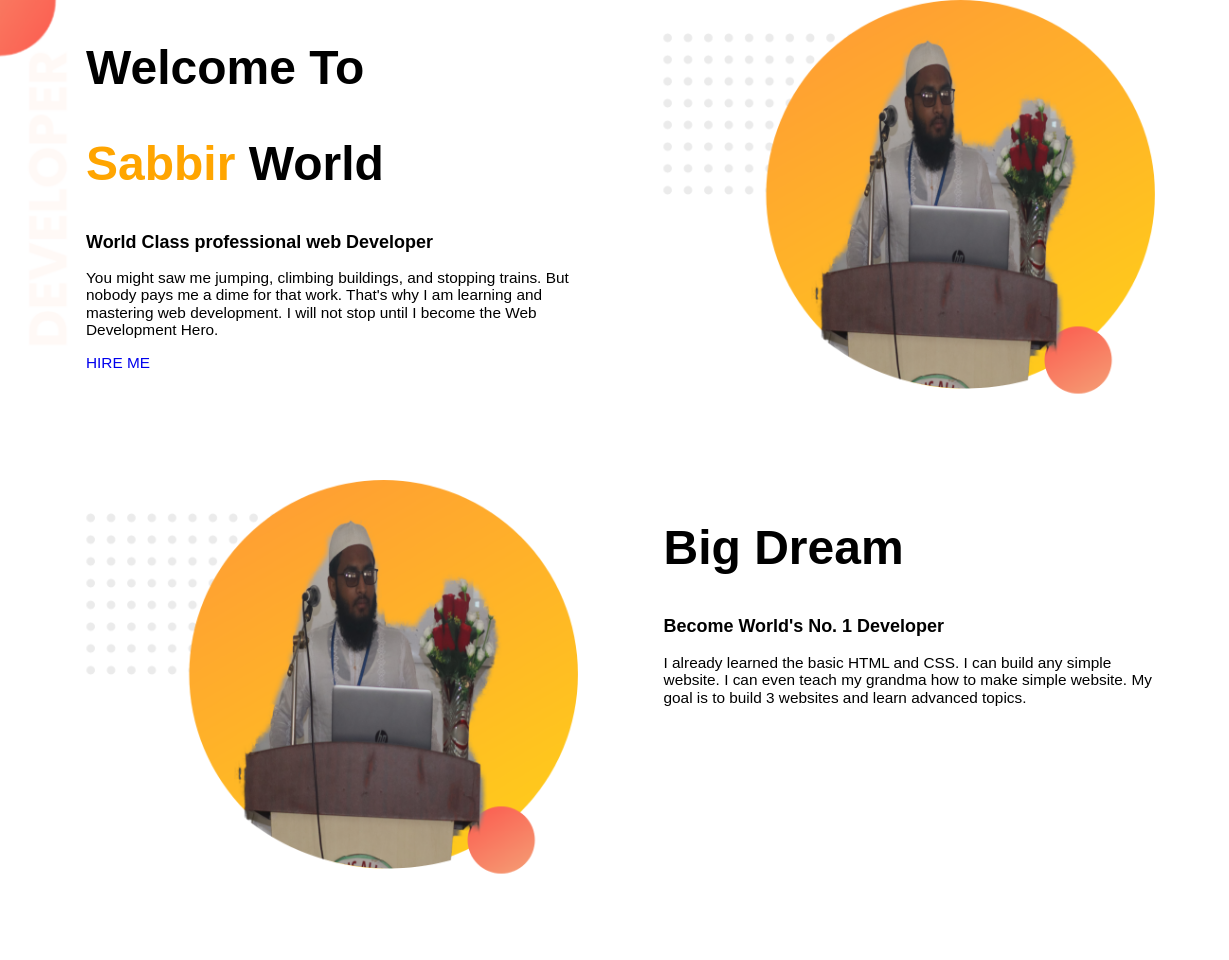
Repository: sabbircse3/web-protfolio
Page: index.html
The author's editor kept a copy of each file at every save. The page is drawn from the files as they stood at one save, then again after a run of saves.
The browser window is 1280 px wide. The pictures show the whole page, at 96% of full size.

Above is the page before, as saved 2021-01-04 10:06:18.

After the next 6 saves:
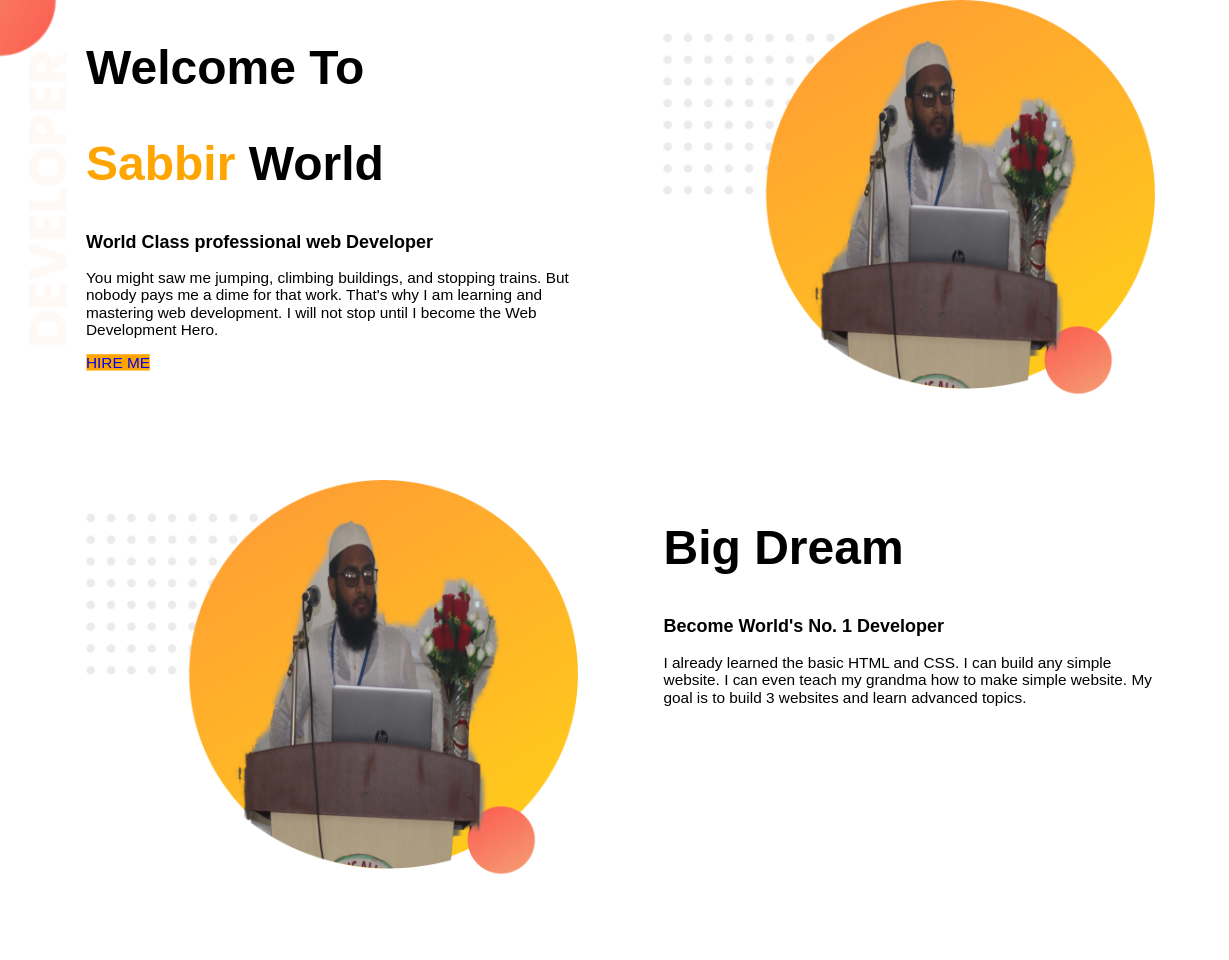
The 6 saves are shown as one change because they came seconds apart.
The last was saved 20 s later.
--- a/style.css
+++ b/style.css
@@ -26,4 +26,6 @@ section{
 }
 .link-button{
     text-decoration: none;
+    background-color: orange;
+
 }
